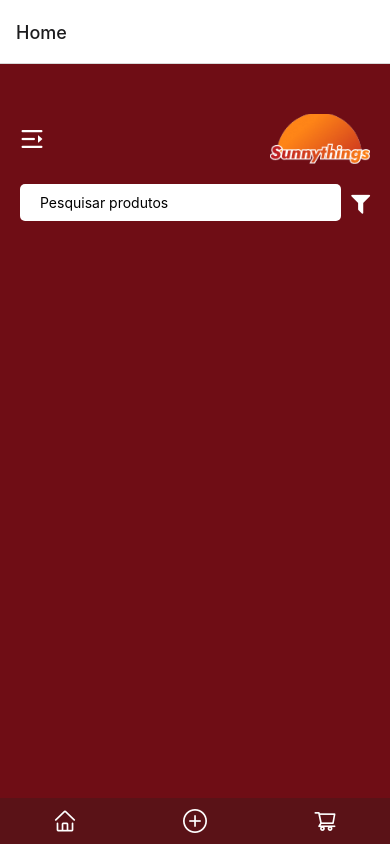
Repository: Luizzzin/SuperMercado
Screen: / (app in suny/)
The author's editor kept a copy of each file at every save. The screen is drawn from the files as they stood at one save, then again after the next save.
The app was drawn by React Native's web renderer in a window 390 px wide. The project was rebuilt for these pictures with package versions that can differ from the ones it lists, and the page was loaded fresh each time.

Above is the screen before, as saved 2024-05-09 11:14:04.

After the next save:
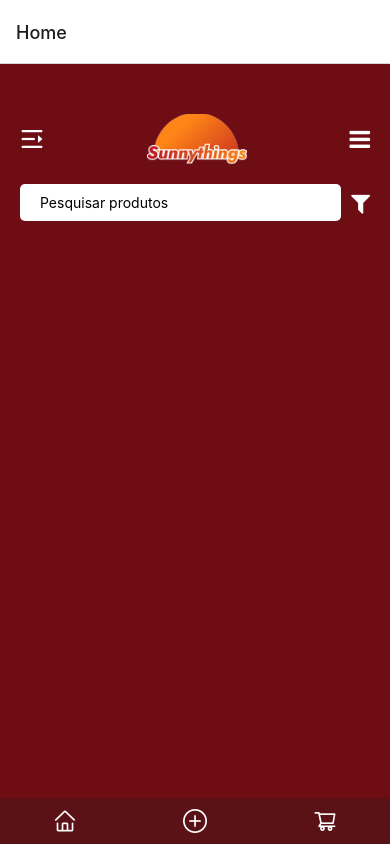
Saved 4 min 33 s later.
--- a/suny/HomeScreen.js
+++ b/suny/HomeScreen.js
@@ -11,6 +11,9 @@
           <AntDesign name="menu-fold" size={24} color="white" />
         </TouchableOpacity>
         <Image source={require('./path/to/your/logo.png')} style={styles.logo} />
+        <TouchableOpacity onPress={() => console.log("Hamburger clicked")}>
+          <FontAwesome name="bars" size={24} color="white" />
+        </TouchableOpacity>
       </View>
 
       {/* Search Bar */}
